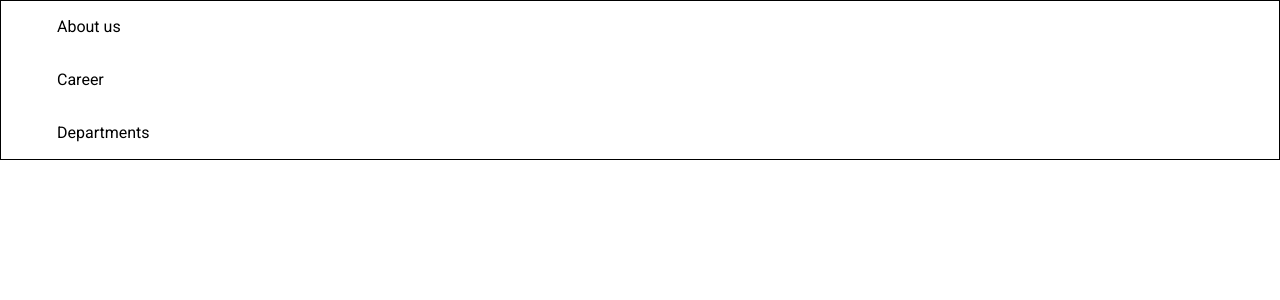
Repository: Hassanine-jaouadi/docplanner
Page: doc-panner.html
An editor plug-in stored every save of this project. The page is shown before and after the next save, followed by the edit.
The browser window is 1280 px wide. The pictures show the whole page.
Some web libraries are served in a nearby version.

Above is the page before, as saved 2020-01-16 22:09:52.

After the next save:
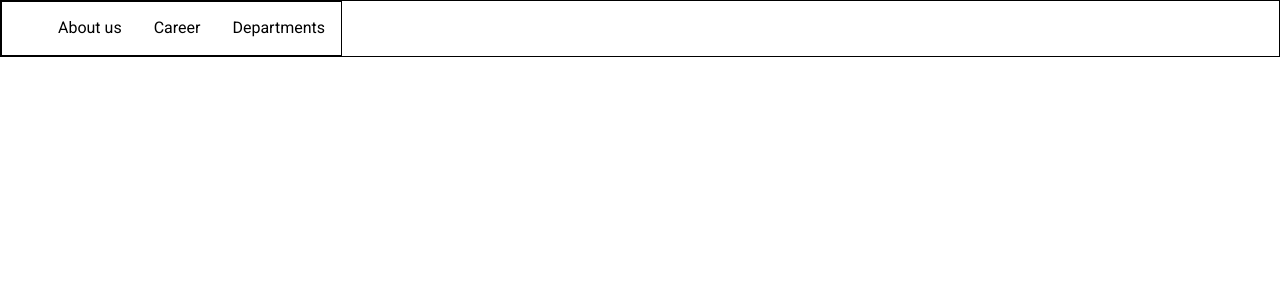
Saved 23 s later.
--- a/doc-panner.html
+++ b/doc-panner.html
@@ -19,7 +19,7 @@
 
 <body>
     <nav class=" flex-container">
-        <ul class="nav-menu">
+        <ul class="flex-container">
 
             <li> <a href="https://www.docplanner.com/about-us" class="flex-item"> About us</a> </li>
             <li> <a href="https://www.docplanner.com/career" class="flex-item">Career</a> </li>
